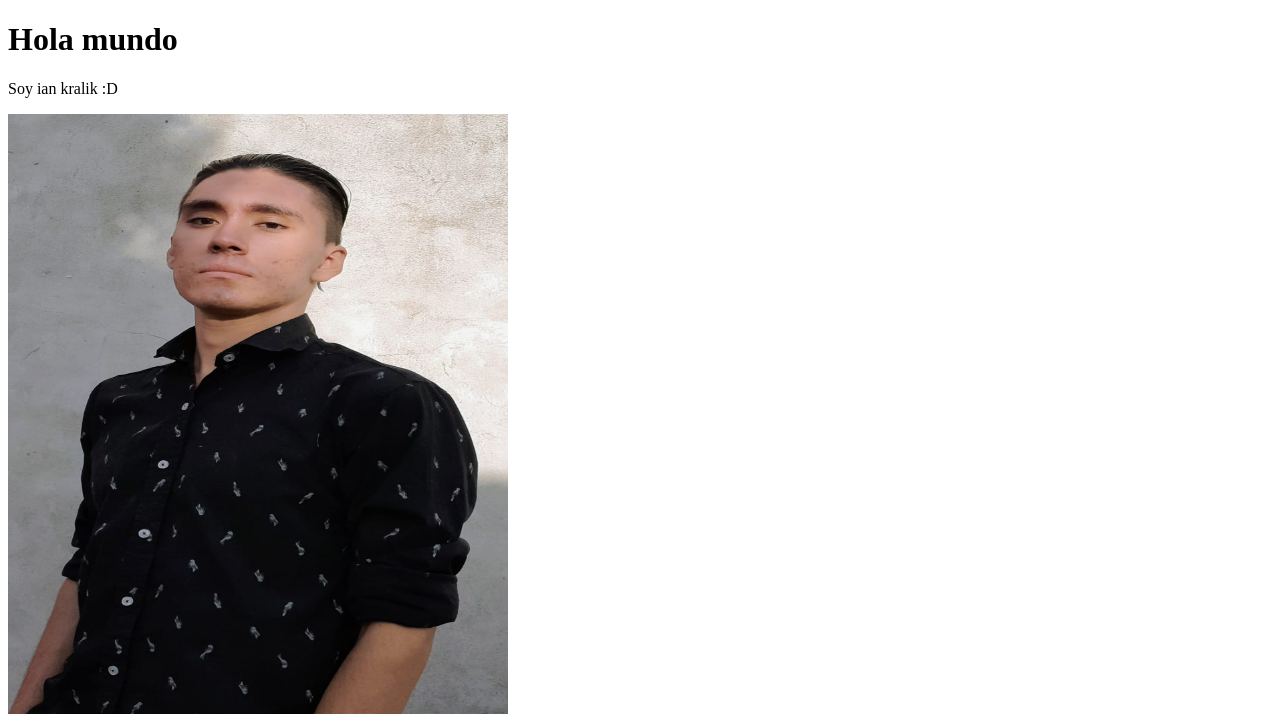
Repository: IanKralik/repositorio-de-prueba
Page: Prueba/index.html
An editor plug-in stored every save of this project. The page is shown before and after the next save, followed by the edit.
The browser window is 1280 px wide. The pictures show the whole page.

Above is the page before, as saved 2022-12-04 19:57:13.

After the next save:
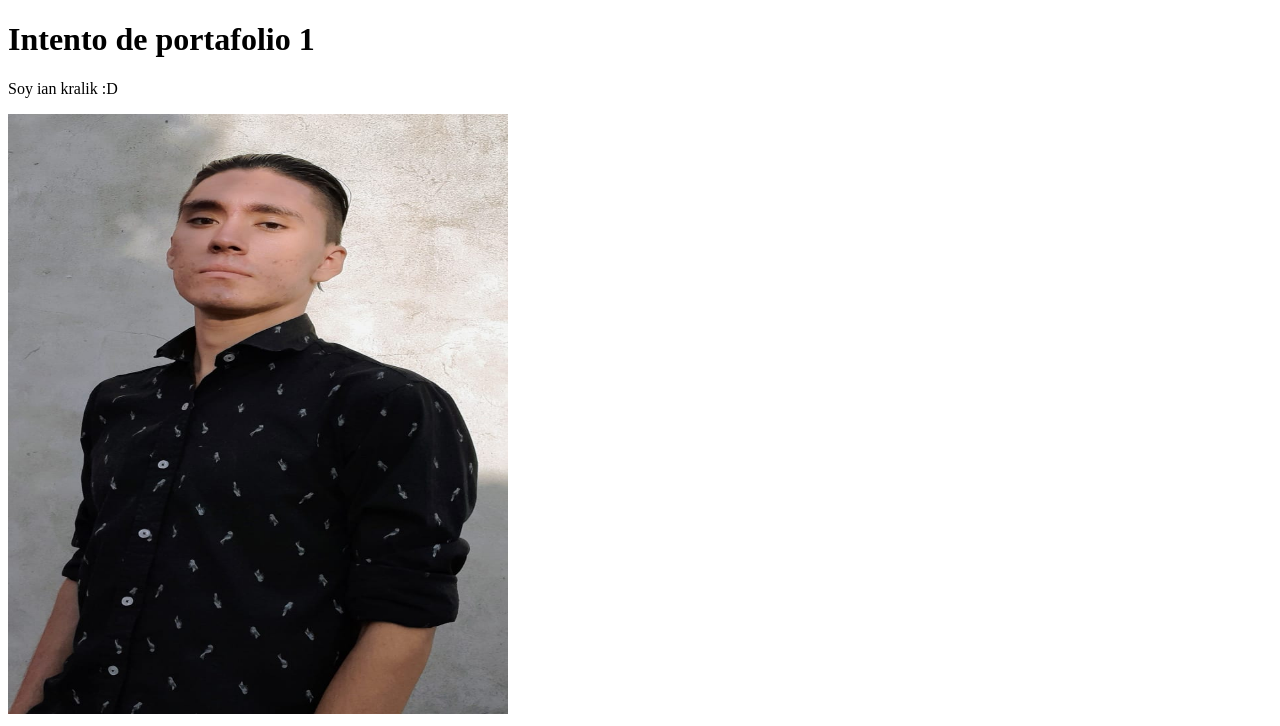
Saved 37 s later.
--- a/Prueba/index.html
+++ b/Prueba/index.html
@@ -8,7 +8,7 @@
     <title>Portafolio</title>
 </head>
 <body>
-    <h1>Hola mundo</h1>
+    <h1>Intento de portafolio 1</h1>
     <p>Soy ian kralik :D</p>
     <img src="fotoian.jpg" alt="Problemas tecnicos" width="500" height="600">
 
